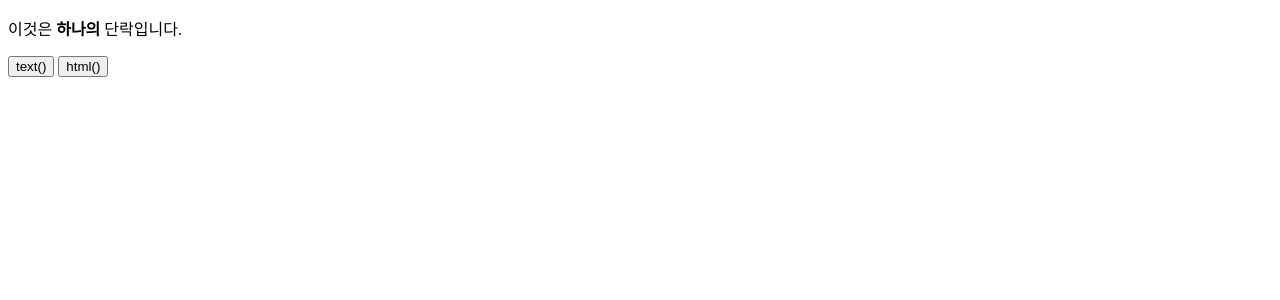
Repository: gpqls12321/public
Page: javascript_jquery/WebContent/jQuery_ex03.html
The author's editor kept a copy of each file at every save. The page is drawn from the files as they stood at one save, then again after the next save.
The browser window is 1280 px wide. The pictures show the whole page.

Above is the page before, as saved 2021-04-15 04:58:19.

### javascript_jquery/WebContent/jQuery_ex03.html
<!DOCTYPE html>
<html>
<head>
<meta charset="UTF-8">
<title>Insert title here</title>
<script type="text/javascript" src="js/jQuery3.x/jquery-3.6.0.js"></script>
<script type="text/javascript">
	$(document).ready(function() {

		$("#text").click(function() {
			alert($("#target").text());
		});

		$("#html").click(function() {
			alert($("#target").html());
		})
	});
</script>
</head>
<body>
	<p id="target">이것은 <strong>하나의</strong> 단락입니다.</p>
	<button id="text">text()</button>
	<button id="html">html()</button>
</body>
</html>

Loaded but not shown: javascript_jquery/WebContent/js/jQuery3.x/jquery-3.6.0.js (library)

After the next save:
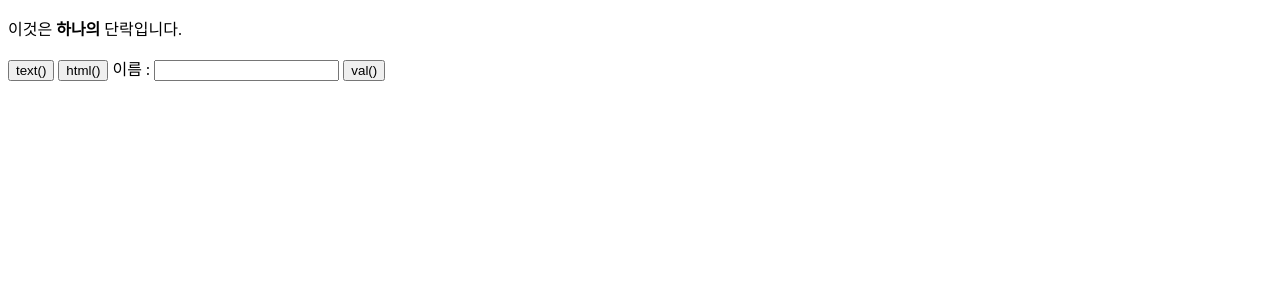
Saved 2 min 51 s later.
--- a/javascript_jquery/WebContent/jQuery_ex03.html
+++ b/javascript_jquery/WebContent/jQuery_ex03.html
@@ -13,7 +13,11 @@
 
 		$("#html").click(function() {
 			alert($("#target").html());
-		})
+		});
+
+		$("#val").click(function() {
+			alert($("#irum").val());
+		});
 	});
 </script>
 </head>
@@ -21,5 +25,7 @@
 	<p id="target">이것은 <strong>하나의</strong> 단락입니다.</p>
 	<button id="text">text()</button>
 	<button id="html">html()</button>
+	이름 : <input type="text" id="irum">
+	<button id="val">val()</button>
 </body>
 </html>
